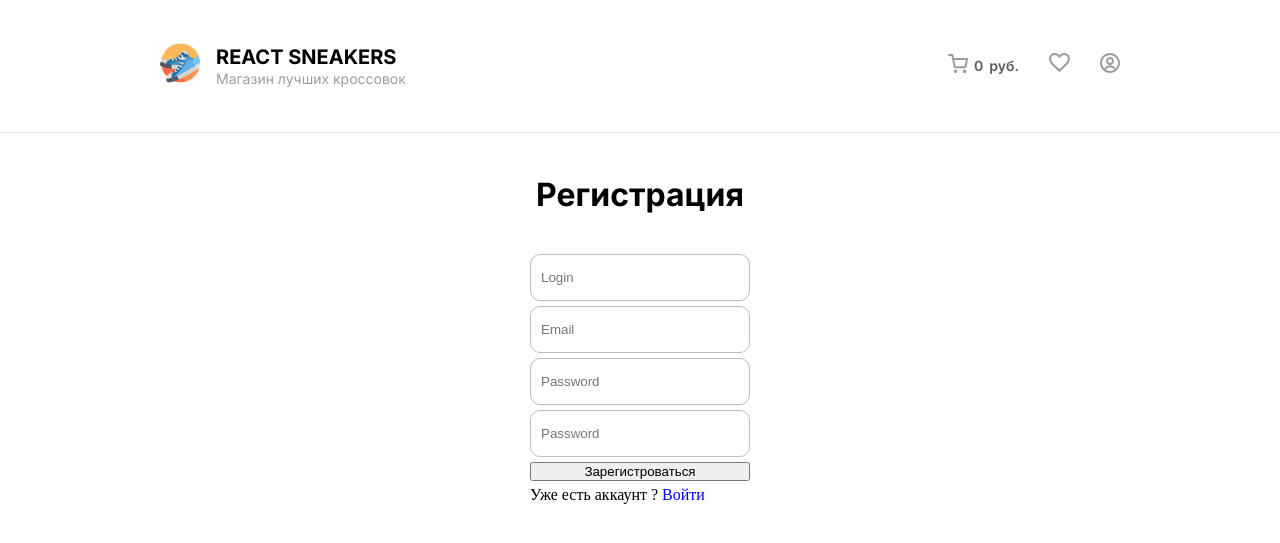
Repository: maxbirimkulov/sneakers20
Page: src/pages/register.html
These files come from the project's save history. The page is drawn as it stood at one moment and after the next save; the edit follows.
The browser window is 1280 px wide. The pictures show the whole page.
The style sheet was rebuilt from its Sass, Less or Tailwind sources for each picture, by a compiler version that may differ from the author's.

Above is the page before, as saved 2022-11-12 20:51:01.

### src/pages/register.html
<!DOCTYPE html>
<html lang="en">
  <head>
    <meta charset="UTF-8" />
    <meta
      name="viewport"
      content="width=device-width, user-scalable=no, initial-scale=1.0, maximum-scale=1.0, minimum-scale=1.0"
    />
    <meta http-equiv="X-UA-Compatible" content="ie=edge" />
    <title>Document</title>
    <link rel="stylesheet" href="../css/style.css" />
  </head>
  <body>
    <div class="floor">
      <header class="header">
        <div class="container">
          <nav class="header__nav">
            <div class="header__logo">
              <img
                src="../images/mainLogo.png"
                alt="Logo"
                class="header__logo-img"
              />
              <div class="header__logo-text">
                <h1 class="header__logo-title">
                  <a href="../../index.html" class="header__logo-title-link"
                    >react sneakers</a
                  >
                </h1>
                <p class="header__logo-subtitle">
                  <a href="../../index.html" class="header__logo-subtitle"
                    >Магазин лучших кроссовок</a
                  >
                </p>
              </div>
            </div>
            <div class="header__links">
              <p class="header__links-basket">
                <span class="header__links-basket-logo"
                  ><svg
                    width="20"
                    height="20"
                    viewBox="0 0 20 20"
                    fill="none"
                    xmlns="http://www.w3.org/2000/svg"
                  >
                    <path
                      d="M7.54548 18.1818C7.99735 18.1818 8.36366 17.8155 8.36366 17.3636C8.36366 16.9118 7.99735 16.5455 7.54548 16.5455C7.09361 16.5455 6.72729 16.9118 6.72729 17.3636C6.72729 17.8155 7.09361 18.1818 7.54548 18.1818Z"
                      stroke="#9B9B9B"
                      stroke-width="2"
                      stroke-linecap="round"
                      stroke-linejoin="round"
                    />
                    <path
                      d="M16.5455 18.1818C16.9973 18.1818 17.3637 17.8155 17.3637 17.3636C17.3637 16.9118 16.9973 16.5455 16.5455 16.5455C16.0936 16.5455 15.7273 16.9118 15.7273 17.3636C15.7273 17.8155 16.0936 18.1818 16.5455 18.1818Z"
                      stroke="#9B9B9B"
                      stroke-width="2"
                      stroke-linecap="round"
                      stroke-linejoin="round"
                    />
                    <path
                      d="M1 1H4.27273L6.46545 11.9555C6.54027 12.3321 6.7452 12.6705 7.04436 12.9113C7.34351 13.1522 7.71784 13.2801 8.10182 13.2727H16.0545C16.4385 13.2801 16.8129 13.1522 17.112 12.9113C17.4112 12.6705 17.6161 12.3321 17.6909 11.9555L19 5.09091H5.09091"
                      stroke="#9B9B9B"
                      stroke-width="2"
                      stroke-linecap="round"
                      stroke-linejoin="round"
                    />
                  </svg>
                </span>
                <span class="total">0</span> руб.
              </p>
              <a href="./favorites.html" class="header__links-favorites"
                ><span class="header__links-favorites-logo"
                  ><svg
                    width="21"
                    height="19"
                    viewBox="0 0 21 19"
                    fill="none"
                    xmlns="http://www.w3.org/2000/svg"
                  >
                    <path
                      d="M15.1003 0C16.7293 0 18.0976 0.54932 19.2052 1.64796C20.3129 2.7466 20.8668 4.08759 20.8668 5.67092C20.8668 6.44643 20.7039 7.23002 20.3781 8.02169C20.0523 8.81335 19.6939 9.51616 19.303 10.1301C18.912 10.744 18.2523 11.5357 17.3238 12.5051C16.3953 13.4745 15.6134 14.2581 14.9781 14.8559C14.3428 15.4537 13.3248 16.3665 11.9239 17.5944L10.4089 18.9515L8.89403 17.6429C7.52572 16.3827 6.51577 15.4537 5.8642 14.8559C5.21262 14.2581 4.42258 13.4745 3.49408 12.5051C2.56559 11.5357 1.90586 10.744 1.51492 10.1301C1.12397 9.51616 0.773748 8.81335 0.464249 8.02169C0.15475 7.23002 0 6.44643 0 5.67092C0 4.08759 0.553841 2.7466 1.66152 1.64796C2.7692 0.54932 4.12123 0 5.71759 0C7.60717 0 9.17095 0.727041 10.4089 2.18112C11.6469 0.727041 13.2107 0 15.1003 0ZM10.5067 16.0918C12.1031 14.6701 13.2677 13.6118 14.0008 12.9171C14.7338 12.2224 15.5401 11.3903 16.4198 10.4209C17.2994 9.45153 17.9102 8.60332 18.2523 7.87628C18.5944 7.14924 18.7654 6.41412 18.7654 5.67092C18.7654 4.63691 18.4152 3.78061 17.7148 3.10204C17.0143 2.42347 16.1428 2.08418 15.1003 2.08418C14.3184 2.08418 13.5772 2.31037 12.8768 2.76276C12.1764 3.21514 11.6795 3.79677 11.3863 4.50765H9.43158C9.17095 3.79677 8.69041 3.21514 7.98997 2.76276C7.28952 2.31037 6.53206 2.08418 5.71759 2.08418C4.67507 2.08418 3.81173 2.42347 3.12757 3.10204C2.44342 3.78061 2.10134 4.63691 2.10134 5.67092C2.10134 6.41412 2.26423 7.14924 2.59002 7.87628C2.91581 8.60332 3.52666 9.45153 4.42258 10.4209C5.3185 11.3903 6.13297 12.2224 6.866 12.9171C7.59902 13.6118 8.74743 14.6701 10.3112 16.0918L10.4089 16.1888L10.5067 16.0918Z"
                      fill="#9B9B9B"
                    />
                  </svg> </span
              ></a>
              <a href="./register.html" class="header__links-user"
                ><span class="header__links-user-logo"
                  ><svg
                    width="20"
                    height="20"
                    viewBox="0 0 20 20"
                    fill="none"
                    xmlns="http://www.w3.org/2000/svg"
                  >
                    <path
                      fill-rule="evenodd"
                      clip-rule="evenodd"
                      d="M0 10C0 4.579 4.579 0 10 0C15.421 0 20 4.579 20 10C20 13.19 18.408 16.078 16 17.924V18H15.898C14.23 19.245 12.187 20 10 20C7.813 20 5.77 19.245 4.102 18H4V17.924C1.592 16.078 0 13.189 0 10ZM7.12347 15.236C6.59154 15.6639 6.22136 16.2604 6.074 16.927C7.242 17.604 8.584 18 10 18C11.416 18 12.758 17.604 13.926 16.927C13.7785 16.2605 13.4082 15.6641 12.8764 15.2362C12.3445 14.8083 11.6827 14.5744 11 14.573H9C8.3173 14.5742 7.6554 14.808 7.12347 15.236ZM13.7677 13.4117C14.5877 13.9574 15.2286 14.7329 15.61 15.641C17.077 14.182 18 12.176 18 10C18 5.663 14.337 2 10 2C5.663 2 2 5.663 2 10C2 12.176 2.923 14.182 4.39 15.641C4.77144 14.7329 5.41227 13.9574 6.23227 13.4117C7.05227 12.866 8.01501 12.5742 9 12.573H11C11.985 12.5742 12.9477 12.866 13.7677 13.4117ZM6 8C6 5.72 7.72 4 10 4C12.28 4 14 5.72 14 8C14 10.28 12.28 12 10 12C7.72 12 6 10.28 6 8ZM8 8C8 9.178 8.822 10 10 10C11.178 10 12 9.178 12 8C12 6.822 11.178 6 10 6C8.822 6 8 6.822 8 8Z"
                      fill="#9B9B9B"
                    />
                  </svg> </span
              ></a>
            </div>
          </nav>
        </div>
      </header>
      <div class="container">
        <div class="register">
          <h2 class="register__title">Регистрация</h2>
          <form class="register__form">
            <input class="register__input" type="text" placeholder="Login" />
            <input class="register__input" type="email" placeholder="Email" />
            <input
              class="register__input"
              type="password"
              placeholder="Password"
            />
            <input
              class="register__input"
              type="password"
              placeholder="Password"
            />
            <button type="submit" class="register__btn">
              Зарегистроваться
            </button>
            <span>Уже есть аккаунт ? <a href="./login.html">Войти</a></span>
          </form>
        </div>
      </div>
    </div>
    <script type="module" src="../js/register.js"></script>
  </body>
</html>

### src/js/register.js
import {changeUser, getUserFromLocalStorage} from './user.js'

getUserFromLocalStorage()


let formRegister = document.querySelector('.register')
formRegister.addEventListener('submit', (e) =>{
    e.preventDefault()

    let userData = {
        login:e.target[0].value,
        email:e.target[1].value,
        password:e.target[2].value
    }

    fetch('http://localhost:8080/register', {
        method: "POST",
        headers: {
            'Content-Type':  'application/json'
        },
        body: JSON.stringify(userData)
    }).then((res) => res.json())
        .then((res) => {
            changeUser({
                ...res.user,
                token: res.accessToken
            })
        })
        .catch((err) => console.log(err))

})

### src/js/user.js



export let user = {
    login : "",
    email : ""
}

export const getUserFromLocalStorage = () => {
    if (localStorage.getItem('user') !== null){
        user = JSON.parse(localStorage.getItem('user'))
    }
}


export const changeUser = (data) => {
    user = {...data}
    localStorage.setItem('user', JSON.stringify(user))
    location.href = 'http://localhost:63342/new%20project/index.html'
}

### src/css/style.scss
@import url('https://fonts.googleapis.com/css2?family=DM+Sans:wght@700&family=Inter:wght@400;500;600;700&display=swap');

* {
  margin: 0;
  padding: 0;
  box-sizing: border-box;
  text-decoration: none;
  list-style-type: none;
  transition: 0.3s;
}
.container {
  max-width: 1050px;
  padding: 0 45px;
  margin: 0 auto;
}
$int: 'inter', sans-serif;

@mixin text($ff, $fs, $fw, $fz, $lh, $col) {
  font-family: $ff;
  font-style: $fs;
  font-weight: $fw;
  font-size: $fz;
  @if $lh > 0 {
    line-height: $lh;
  }
  color: $col;
}
body,
.floor {
  background-color: #fff;
}
@import '_header.scss';
@import '_main.scss';
@import '_assort.scss';
@import '_basketPopup.scss';
@import '_card.scss';
@import '_basket.scss';
@import '_favorites.scss';
@import '_basketNone.scss';
@import '_register';

### src/css/_header.scss
.header {
  padding: 43px 0 45px;
  &__nav {
    display: flex;
    justify-content: space-between;
    align-items: center;
  }
  &__logo {
    display: flex;
    &-img {
      width: 40px;
      height: 40px;
    }
    &-text {
      margin-left: 16px;
    }
    &-title {
      &-link {
        @include text($int, normal, 700px, 20px, 0, #000000);
        text-transform: uppercase;
      }
    }
    &-subtitle {
      @include text($int, normal, 400, 14px, 0, #9d9d9d);
    }
  }
  &__links {
    display: flex;
    &-basket {
      display: flex;
      gap: 6px;
      align-items: center;
      @include text($int, normal, 600, 14px, 0, #5c5c5c);
      margin-left: 10px;
      cursor: pointer;
    }
    &-favorites {
      margin: 0 30px;
    }
  }
  border-bottom: 1px solid #eaeaea;
}

### src/css/_main.scss
.swiper {
  width: 100%;
  height: 100%;
}

.swiper-slide {
  display: -webkit-box;
  display: -ms-flexbox;
  display: -webkit-flex;
  display: flex;
  -webkit-box-pack: center;
  -ms-flex-pack: center;
  -webkit-justify-content: center;
  justify-content: center;
  -webkit-box-align: center;
  -ms-flex-align: center;
  -webkit-align-items: center;
  align-items: center;
}

.swiper__icon{
  &-next{
    background-color: white;
    border-radius: 50%;
    cursor: pointer;
    position: absolute;
    right: 0;
    top: 50%;
    transform: translateY(-50%),;
    z-index: 2;
    padding: 8px 14px;
    display: flex;
    justify-content: center;
    align-items: center;
    transition: 0.2s;
    -webkit-box-shadow: 0px 0px 11px 5px rgba(0, 0, 0, 0.01);
    -moz-box-shadow: 0px 0px 11px 5px rgba(0, 0, 0, 0.01);
    box-shadow: 0px 0px 11px 5px rgba(0, 0, 0, 0.01);
    &:hover{
      transition: 0.2s;
      -webkit-box-shadow: 0px 0px 11px 5px rgba(0, 0, 0, 0.07);
      -moz-box-shadow: 0px 0px 11px 5px rgba(0, 0, 0, 0.07);
      box-shadow: 0px 0px 11px 5px rgba(0, 0, 0, 0.07);
    }
  }
  &-prev{
    background-color: white;
    border-radius: 50%;
    position: absolute;
    left: 0;
    top: 50%;
    cursor: pointer;
    transform:translateY(-50%) rotate(180deg);
    z-index: 2;
    padding: 8px 14px;
    display: flex;
    justify-content: center;
    align-items: center;
    transition: 0.2s;
    -webkit-box-shadow: 0px 0px 11px 5px rgba(0, 0, 0, 0.01);
    -moz-box-shadow: 0px 0px 11px 5px rgba(0, 0, 0, 0.01);
    box-shadow: 0px 0px 11px 5px rgba(0, 0, 0, 0.01);
    &:hover{
      transition: 0.2s;
      -webkit-box-shadow: 0px 0px 11px 5px rgba(0, 0, 0, 0.07);
      -moz-box-shadow: 0px 0px 11px 5px rgba(0, 0, 0, 0.07);
      box-shadow: 0px 0px 11px 5px rgba(0, 0, 0, 0.07);
    }
  }
}

.main{
  &__swipe{
    &-block{
      background-color: #F4EFE9;
      border-radius: 20px;
      max-height: 300px;
      display: flex;
      align-items: center;
      justify-content: space-between;
      width: 100%;
    }
    &-box{
      position: relative;
      padding: 16px 0 20px 51px;
      min-height: 300px;
      &-scn{
        margin: 0;
        padding: 0;
        max-width: 641.18px;
      }
      &-desc{
        @include text($int,normal,700,38px,46px,#8BB43C);
        margin: 32px 17.45px 10.45px 35px;
        &-black{
          color: black;
        }
      }
      &-btn{
        position: absolute;
        padding: 14px 60px;
        border-radius: 110px;
        @include text($int,normal,700px,16px, 0, white);
        text-transform: uppercase;
        background-color: #A5D364;
        bottom: 45px;
        left: 27%;
        transform: translate(-50%, -50);
        transition: 0.2s;
        &:hover{
          transition: 0.2s;
          transform: scale(1.1);
        }
      }
      &-img{
        width: 100%;
      }
    }
  }
}

### src/css/_assort.scss
.main__assort {
  &-topContent {
    display: flex;
    flex-wrap: wrap;
    justify-content: space-between;
    padding: 37px 0 36px;
    width: 100%;
  }
  &-filter {
    display: flex;
    justify-content: space-between;
    align-items: center;
    gap: 10px;
  }
  &-select {
    background: transparent;
    border: 1px solid #bdbdbd;
    border-radius: 8px;
    padding: 0 10px;
    height: 40px;
  }
  &-form {
    margin: 15px 0 0;
    display: flex;
    align-items: center;
    position: relative;
    &-input {
      border-radius: 10px;
      border: 1px solid #bdbdbd;
      outline: none;
      padding: 13px 40px 15px 46px;
      max-width: 250px;
      &::-webkit-input-placeholder {
        color: #c4c4c4;
      }
      &::-moz-placeholder {
        color: #c4c4c4;
      }
      &:-ms-input-placeholder {
        color: #c4c4c4;
      }
      &::-ms-input-placeholder {
        color: #c4c4c4;
      }
      &::placeholder {
        color: #c4c4c4;
      }
      &::-webkit-search-cancel-button {
        position: absolute;
        right: 18px;
        cursor: pointer;
        color: #5c5c5c;
      }
    }
    &-icon {
      position: absolute;
      left: 18px;
      top: 50%;
      transform: translateY(-50%);
    }
  }
  &-title {
    @include text($int, normal, 700, 32px, 0, black);
  }
  &-mainContent {
    min-height: 700px;
    position: relative;
    display: flex;
    justify-content: center;
    align-items: center;
    flex-wrap: wrap;
    gap: 40px;
    &-shoes {
      border: 1px solid #bdbdbd;
      border-radius: 40px;
      padding: 20px 29px 34px 30px;
      max-width: 210px;
    }
    &-favorites {
      display: inline-block;
      position: absolute;
      border: 1px solid #f8f8f8;
      border-radius: 7px;
      padding: 9.6px 9.07px 3.59px;
      cursor: pointer;
      &:hover {
        transform: scale(1.13);
        background-color: rgba(253, 239, 239, 0.87);
        transition: 0.2s;
      }
      &-active {
        display: none;
        position: absolute;
        background-color: #fef0f0;
        border: 1px solid transparent;
        border-radius: 7px;
        padding: 9.6px 9.07px 3.59px;
        cursor: pointer;
      }
    }
    &-product {
      &-desc {
        @include text($int, normal, 400, 14px, 17px, black);
      }
      &-pricesDesc {
        margin-top: 14px;
        display: flex;
        justify-content: space-between;
        align-items: center;
        &-price {
          @include text($int, normal, 500, 11px, 13px, #bdbdbd);
          text-transform: uppercase;
        }
        &-cost {
          @include text($int, normal, 700, 14px, 17px, black);
        }
        &-addBask {
          cursor: pointer;
          display: inline-block;
          padding: 5.33px 8.33px;
          border: 1px solid #f2f2f2;
          border-radius: 8px;
          transition: 0.2s;
          &:hover {
            transform: scale(1.13);
            background-color: rgba(253, 239, 239, 0.87);
            transition: 0.2s;
          }
          &-active {
            cursor: pointer;
            max-height: 32px;
            max-width: 32px;
            padding: 5.33px 8.33px;
            border: 1px solid white;
            border-radius: 8px;
            background: linear-gradient(180deg, #89f09c 0%, #3cc755 100%);
            transition: 0.2s;
            &:hover {
              transform: scale(1.13);
              transition: 0.2s;
            }
          }
        }
      }
    }
  }
}

### src/css/_basketPopup.scss
.basket {
  transform: translateX(100%);
  background: rgba(0, 00, 000, 0.4);
  height: 100vh;
  width: 100vw;
  z-index: 100;
  position: fixed;
  left: 0;
  top: 0;
  bottom: 0;
  &__cards {
    margin-top: 20px;
    max-height: 400px;
    overflow-y:  scroll;
    display: flex;
    gap: 20px;
    flex-wrap: wrap;
  }

  &__card {
    position: relative;  width: 100%;  height: 120px;  padding: 0 30px;    background: #FFFFFF;  border: 1px solid #F3F3F3;  border-radius: 20px;  &:hover {
    box-shadow: 0px 14px 30px 0px rgba(0, 0, 0, 0.05);  }
    &-img {
      position: absolute;    left: 20px;    top: 50%;    transform: translateY(-50%);    max-width: 80px;  }
    &__name {
      position: absolute;    width: 133px;    height: 36px;    overflow: hidden;    left: 120px;    top: 30px;    font-family: 'Inter', sans-serif;    font-style: normal;    font-weight: 400;    font-size: 14px;    line-height: 17px;    color: #000000;  }
    &__sum {
      position: absolute;    left: 120px;    bottom: 30px;    font-family: 'Inter', sans-serif;    font-style: normal;    font-weight: 700;    font-size: 14px;color: #000000;  }
    &__X {
      position: absolute;    right: 20px;    top: 50%;    transform: translateY(-50%);    max-width: 70px;    cursor: pointer;  }
  }
  &.show {
    transform: translateX(0%);
  }
  &__content {
    display: flex;
    flex-direction: column;
    justify-content: space-between;
    background: #fff;
    position: fixed;
    padding: 30px;
    height: 100vh;
    width: 385px;
    top: 0;
    right: 0;
  }
  &__title {
    @include text($int, normal, 700, 24px, 29px, #000000);
  }
  &__text {
    display: flex;
    justify-content: space-between;
    margin-bottom: 19px;
    &:last-of-type {
      margin-bottom: 24px;
    }
    &-desc {
      @include text($int, normal, 400, 16px, 19px, #000000);
    }
    &-sum {
      @include text($int, normal, 600, 16px, 19px, #000000);
    }
  }
  &__btn {
    @include text($int, normal, 600, 16px, 19px, #fff);
    padding: 12px 0;
    background: #9dd558;
    border-radius: 18px;
    border: 1px solid #9dd558;
    width: 100%;
  }
}

.name {
  font-size: 30px;
  color: red;
  text-align: center;
}

### src/css/_card.scss
.info {
  background: antiquewhite;
  padding: 40px 0;
  &__block {
    display: flex;
    flex-wrap: wrap;
    -moz-column-gap: 40px;
         column-gap: 40px;
    row-gap: 40px;
  }
  &__card {
    width: calc(25% - 30px);
    background: #ffffff;
    border: 1px solid #f3f3f3;
    border-radius: 40px;
    padding: 20px 40px;
    cursor: pointer;
    transition: 0.2s;
    &:hover {
      background: #ffffff;
      border: 1px solid #f8f8f8;
      box-shadow: 0 14px 30px rgba(0, 0, 0, 0.05);
      border-radius: 40px;
      transition: 0.2s;
      transform: scale(1.05);
    }
  }
  &__desc {
    @include text($int, normal, 400, 14px, 17px, #000);
    margin: 14px 0;
  }
  &__bottom {
    display: flex;
    justify-content: space-between;
  }
  &__sel {
    @include text($int, normal, 500, 11px, 13px, #bdbdbd);
    text-transform: uppercase;
  }
  &__sum {
    @include text($int, normal, 700, 14px, 17px, #000);
  }
}

### src/css/_basket.scss
.basket__main{
  &-topContent{
    padding: 42px 0 40px;
    &-nav{
      display: flex;
      align-items: center;
      gap: 21px;
    }
    &-title{
      @include text($int, normal, 700, 32px, 0, black)
    }
    &-link{
      padding: 8px 14px;
      max-width: 35px;
      max-height: 35px;
      display: flex;
      justify-content: center;
      align-items: center;
      border: 1px solid #F2F2F2;
      border-radius: 8px;
    }
  }
  &-mainContent{
    &-assort{
      display: flex;
      flex-wrap: wrap;
      gap: 40px;
    }
  }
}

### src/css/_favorites.scss
.main__assort-mainContent-favorites{
  &-off{
    display: none;
  }
  &-on{
    display: inline-block;
  }
}

### src/css/_basketNone.scss
.basketNone__main {
  display: flex;
  justify-content: center;
  align-items: center;
  padding: 240px 0;
  &-none {
    display: flex;
    flex-wrap: wrap;
    justify-content: center;
    align-items: center;
    max-width: 280px;
    &-text{
      text-align: center;
    }
    &-title {
      margin-top: 24px;
      text-align: center;
      @include text($int, normal, 600, 24px, 0, black);
    }

    &-desc {
      text-align: center;
      margin: 11px 0 41px;
      @include text($int, normal, 400, 16px, 24px, black);
    }

    &-link {
      padding: 17px 40px 19px;
      background-color: #9DD458;
      border-radius: 18px;
      @include text($int, normal, 400, 16px, 0, white);

      &-icon {
        margin-right: 17px;

      }
    }
  }
}

### src/css/_register.scss
.register {
  &__title {
    @include text($int, normal, 700, 32px, 0, black);
    margin: 42px auto 40px;
    text-align: center;
  }
  &__form {
    margin: 0 auto;
    display: flex;
    flex-direction: column;
    justify-content: center;
    max-width: 220px;
    gap: 5px;
  }
  &__input {
    padding: 15px 10px;
    border-radius: 10px;
    border: 1px solid #bdbdbd;
  }
}

After the next save:
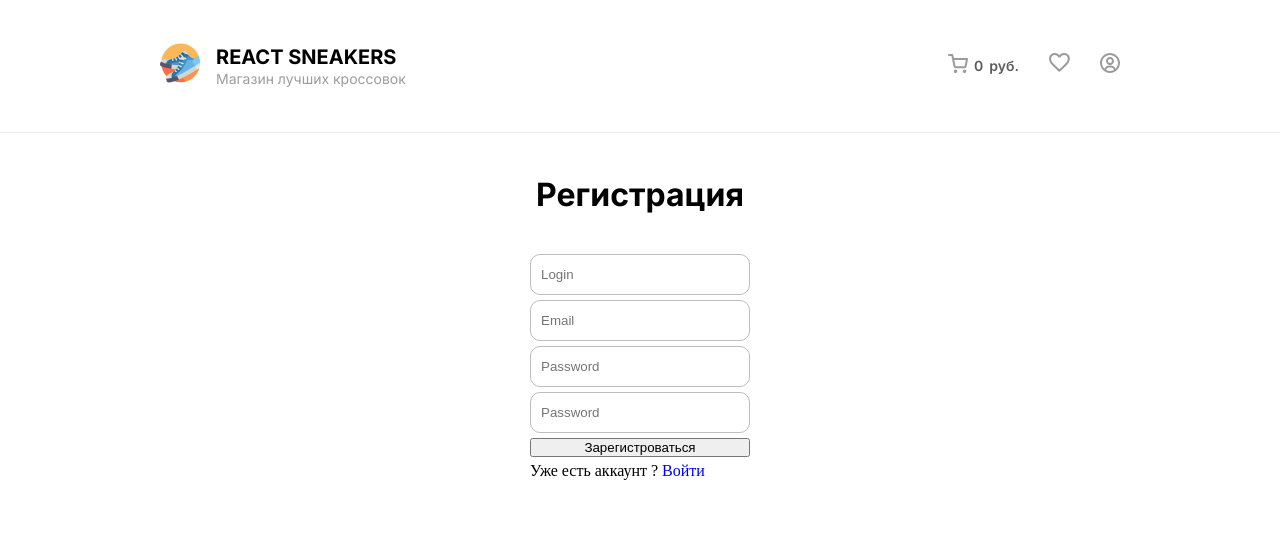
Saved 15 s later.
--- a/src/css/_register.scss
+++ b/src/css/_register.scss
@@ -13,7 +13,7 @@
     gap: 5px;
   }
   &__input {
-    padding: 15px 10px;
+    padding: 12px 10px;
     border-radius: 10px;
     border: 1px solid #bdbdbd;
   }
